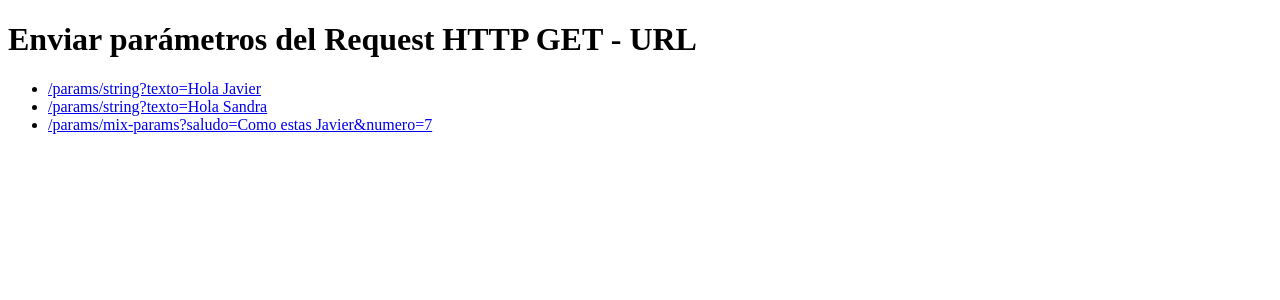
Repository: jvrgaray/spring
Page: http://localhost/variables/index
An editor plug-in stored every save of this project. The page is shown before and after the next save, followed by the edit.
The browser window is 1280 px wide. The pictures show the whole page.
The page is this project's Thymeleaf template; nobody is signed in. The template is opened directly, without the code that normally fills it, so the values that code supplies are empty.

Above is the page before, as saved 2020-05-19 17:22:10.

### spring2/spring-boot-web/src/main/resources/templates/variables/index.html
<!DOCTYPE html>
<html xmlns:th="http://www.thymeleaf.org">
<head>
<meta charset="UTF-8" />
<title>Enviar parámetros del Request HTTP GET - URL</title>
</head>
<body>
	<h1>Enviar parámetros del Request HTTP GET - URL</h1>
	<ul>
		<li><a th:href="@{/params/string(texto='Hola Javier')}">/params/string?texto=Hola
				Javier</a></li>
		<li><a th:href="@{/params/string(texto='Hola Sandra')}">/params/string?texto=Hola
				Sandra</a></li>
		<li><a
			th:href="@{/params/mix-params(saludo='Como estas Javier', numero=7)}">/params/mix-params?saludo=Como
				estas Javier&numero=7</a></li>
	</ul>
</body>
</html>

After the next save:
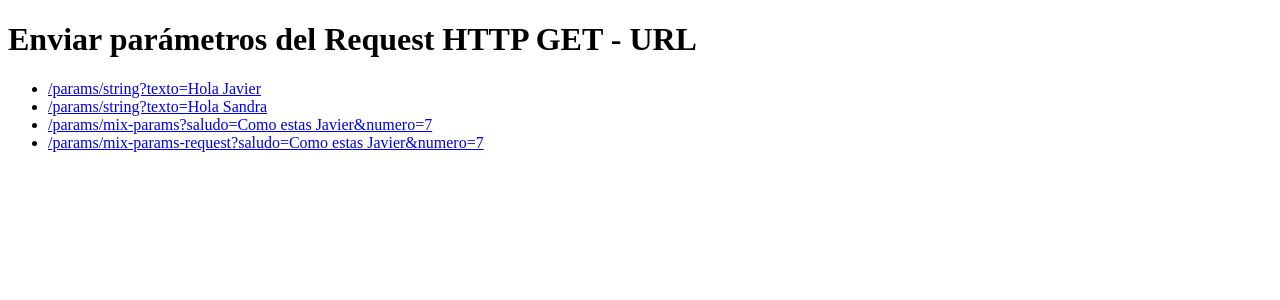
Saved 69 s later.
--- a/spring2/spring-boot-web/src/main/resources/templates/variables/index.html
+++ b/spring2/spring-boot-web/src/main/resources/templates/variables/index.html
@@ -14,6 +14,9 @@
 		<li><a
 			th:href="@{/params/mix-params(saludo='Como estas Javier', numero=7)}">/params/mix-params?saludo=Como
 				estas Javier&numero=7</a></li>
+		<li><a
+			th:href="@{/params/mix-params-request(saludo='Como estas Javier', numero=7)}">/params/mix-params-request?saludo=Como
+				estas Javier&numero=7</a></li>
 	</ul>
 </body>
 </html>
